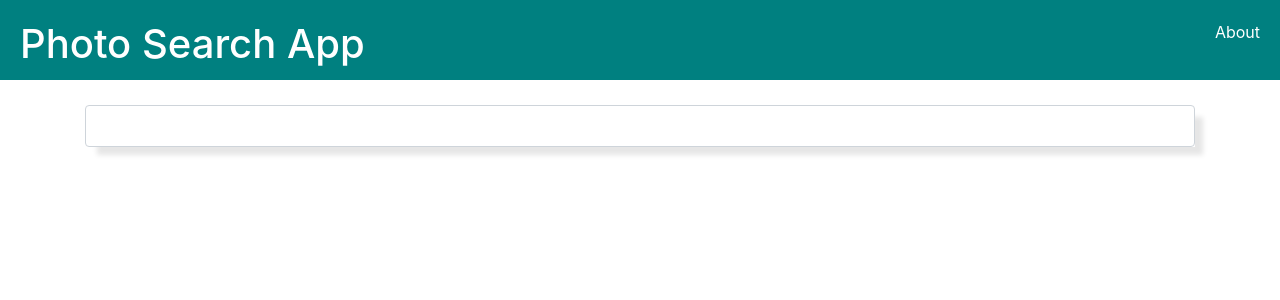
Repository: lamilekan263/photoapp
Page: /
An editor plug-in stored every save of this project. The page is shown before and after a run of saves, followed by the edit.
The browser window is 1280 px wide. The pictures show the whole page.
The project was rebuilt for these pictures with package versions that can differ from the ones it lists, and the page was loaded fresh each time. Also part of the build but not shown: src/components/ImageCard/ImageCard.scss, src/components/ImageCard/ImageCard.js, src/components/imageList/imageList.scss, src/components/imageList/imageList.js.

Above is the page before, as saved 2020-08-26 12:17:11.

### public/index.html
<!DOCTYPE html>
<html lang="en">
  <head>
    <meta charset="utf-8" />
    <link rel="icon" href="%PUBLIC_URL%/favicon.ico" />
    <meta name="viewport" content="width=device-width, initial-scale=1" />
    <meta name="theme-color" content="#000000" />
    <meta
      name="description"
      content="Web site created using create-react-app"
    />

    <title>photo App</title>
  </head>
  <body>
    <noscript>You need to enable JavaScript to run this app.</noscript>
    <div id="root"></div>
  </body>
</html>

### src/index.js
import React from 'react';
import  ReactDOM from 'react-dom';
import 'bootstrap/dist/css/bootstrap.min.css';
import App from './App'


ReactDOM.render(
    <App/>,
    document.getElementById('root')
);

### src/App.js
import React from 'react';
import axios from 'axios'

import Header from './components/Header/Header'
import ImageList from './components/imageList/imageList'
import SearchBar from './components/searchBar/searchBar'

class App extends React.Component{
    state = {
        myImages : []
    }

    submitHandler = async (term) =>{
        const response = await axios.get('https://api.unsplash.com/search/photos', {
            params:{
                query: term
            },
            headers:{
                Authorization: 'Client-ID _EmXfMw4Ntd6F7SPo61DuogZ6sF5nsEsRHfLanqGI0M'
            }
        })
        this.setState({myImages : response.data.results})
        console.log(this.state.myImages)
    }
    render(){
        return(
           <React.Fragment>
               <Header />
                <SearchBar onSubmit = {this.submitHandler}/>
                <ImageList images ={this.state.myImages} />
           </React.Fragment>
        )
    }
}



export default App

### src/components/Header/Header.js
import React from 'react';

// import { Link} from 'react-router-dom'
import './Header.scss'

const Header = () =>{
    return(
        <div>
            <nav>
                <div className="brand">
                    <h1>Photo Search App</h1>
                </div>
                <div>
                    <p>About</p>
                </div>
            </nav>
        </div>
    )
}

export default Header

### src/components/searchBar/searchBar.js
import React from 'react'

import './searchBar.scss'

class SearchBar extends React.Component{
    state = {
        searchTerm : ''
    }

    onChangeHandler = (e) =>{
        this.setState({ searchTerm : e.target.value})
    }
    onSubmitHandler = (e)=>{
        e.preventDefault()
        this.props.onSubmit(this.state.searchTerm)
        this.setState({searchTerm : ''})
    }
    render(){
        return(
            <div className="container">
                <form onSubmit = {this.onSubmitHandler  }>
                    <div className="form-group">
                        <input type="text"
                        className="form-control"
                        onChange ={ this.onChangeHandler }
                        value = {this.state.searchTerm}
                        />
                    </div>
                </form>
            </div>
        )
    }

}

export default SearchBar

### src/components/Header/Header.scss
nav{
    width: 100%;
    height: 80px;
    background-color: teal;
    color:#fff;
    padding:20px;
    margin-bottom:25px;
    display:flex;
    flex-direction:row;
    justify-content:space-between;

    .brand{
        p{
            font-size: 20px;
            font-family:monospace;
        }
    }
}

### src/components/searchBar/searchBar.scss
form{
    margin:25px 0;
    -webkit-box-shadow: 10px 10px 5px -2px rgba(230,230,230,1);
    -moz-box-shadow: 10px 10px 5px -2px rgba(230,230,230,1);
    box-shadow: 10px 10px 5px -2px rgba(230,230,230,1);
    .form-group{
        input{
            padding:20px;
            width: 100%;

        }
    }
}

After the next 2 saves:
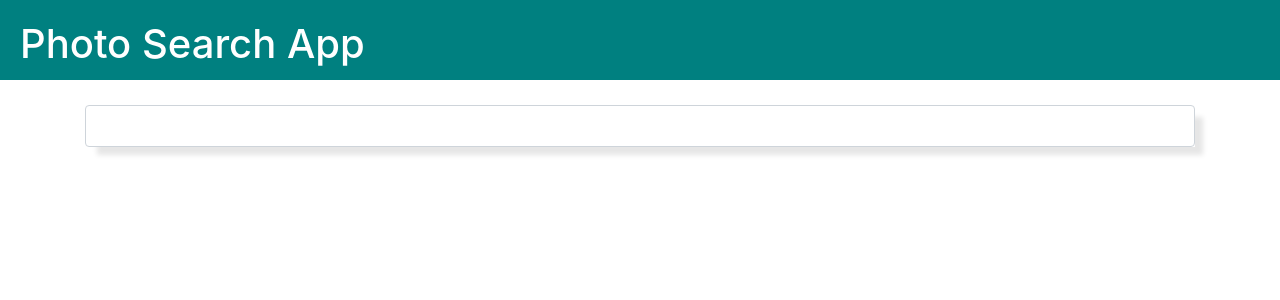
The 2 saves are shown as one change because they came seconds apart.
The last was saved 17 s later.
--- a/src/components/Header/Header.js
+++ b/src/components/Header/Header.js
@@ -10,9 +10,6 @@ const Header = () =>{
                 <div className="brand">
                     <h1>Photo Search App</h1>
                 </div>
-                <div>
-                    <p>About</p>
-                </div>
             </nav>
         </div>
     )
